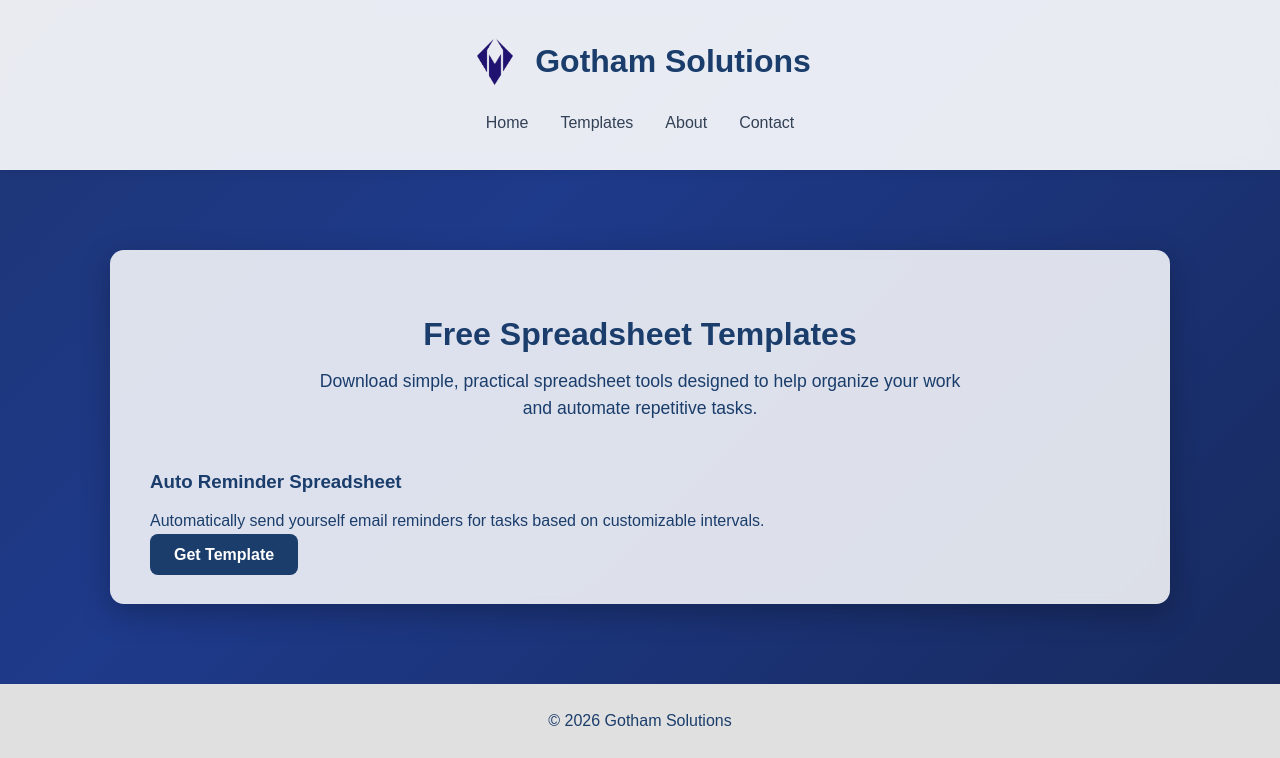
Repository: kmm569/gothamsolutions
Page: templates.html
These files come from the project's save history. The page is drawn as it stood at one moment and after the next save; the edit follows.
The browser window is 1280 px wide. The pictures show the whole page.

Above is the page before, as saved 2026-03-08 03:30:49.

After the next save:
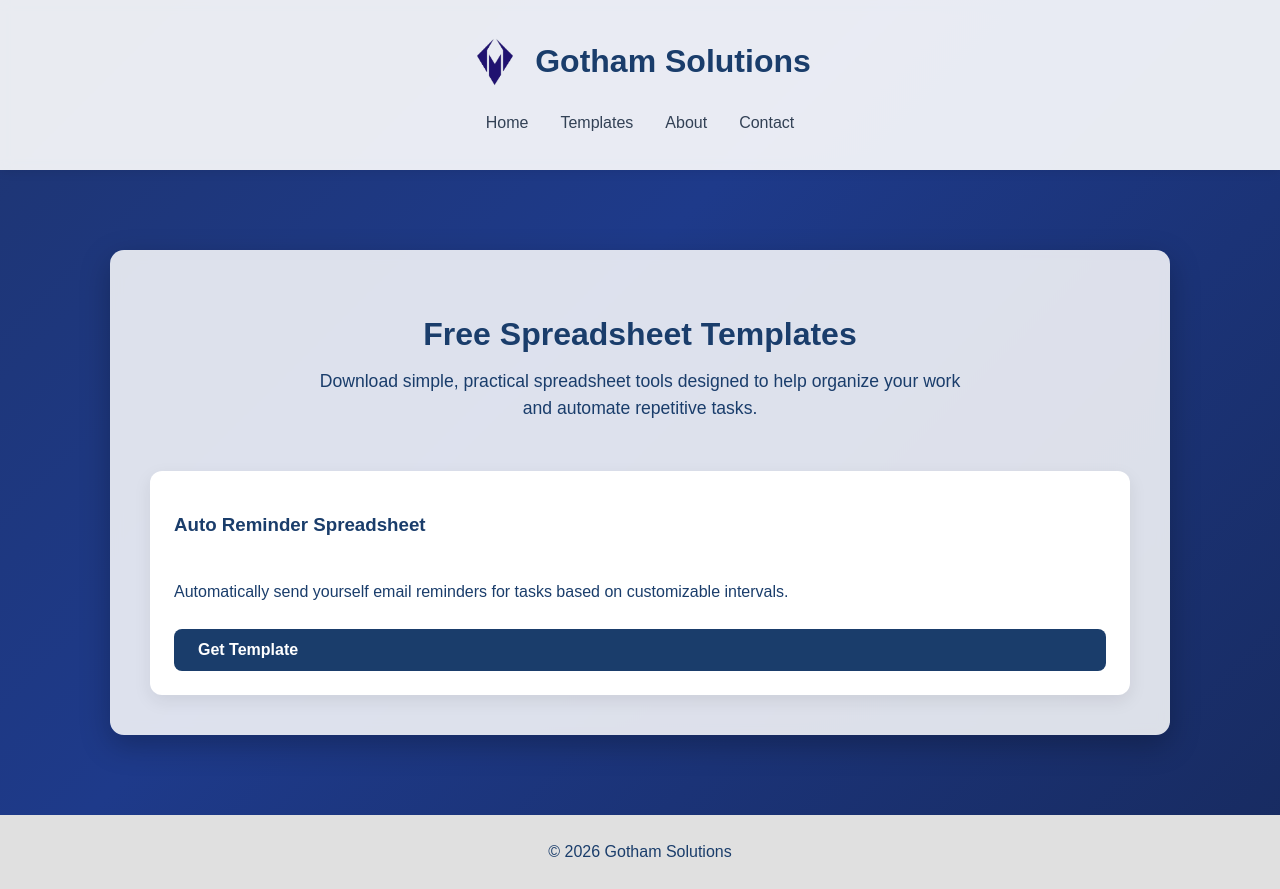
Saved 17 s later.
--- a/styles.css
+++ b/styles.css
@@ -483,3 +483,31 @@ body{
 
 	margin-bottom:12px;
 }
+
+.templates-grid{
+	display:grid;
+	grid-template-columns:repeat(auto-fit, minmax(260px, 1fr));
+	gap:24px;
+	margin-top:30px;
+}
+
+.template-card{
+	background:#ffffff;
+	border-radius:12px;
+	padding:24px;
+
+	box-shadow:0 6px 18px rgba(0,0,0,0.08);
+
+	display:flex;
+	flex-direction:column;
+	gap:12px;
+
+	transition:
+		transform 0.2s ease,
+		box-shadow 0.2s ease;
+}
+
+.template-card:hover{
+	transform:translateY(-6px);
+	box-shadow:0 14px 32px rgba(0,0,0,0.15);
+}
